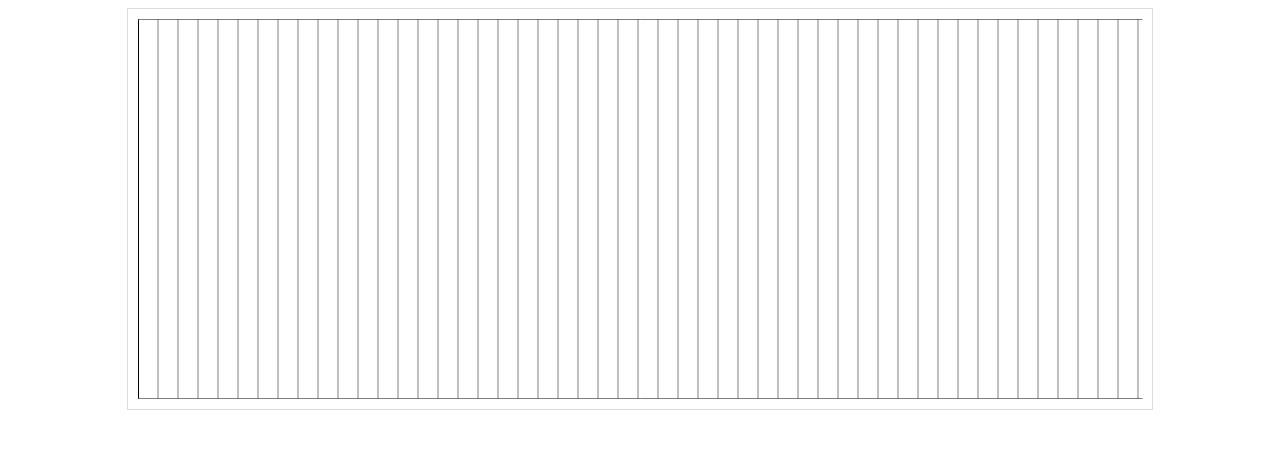
Repository: cw19931024/Demo
Page: canvas.html
The author's editor kept a copy of each file at every save. The page is drawn from the files as they stood at one save, then again after a run of saves.
The browser window is 1280 px wide. The pictures show the whole page.

Above is the page before, as saved 2017-07-26 18:06:52.

After the next 2 saves:
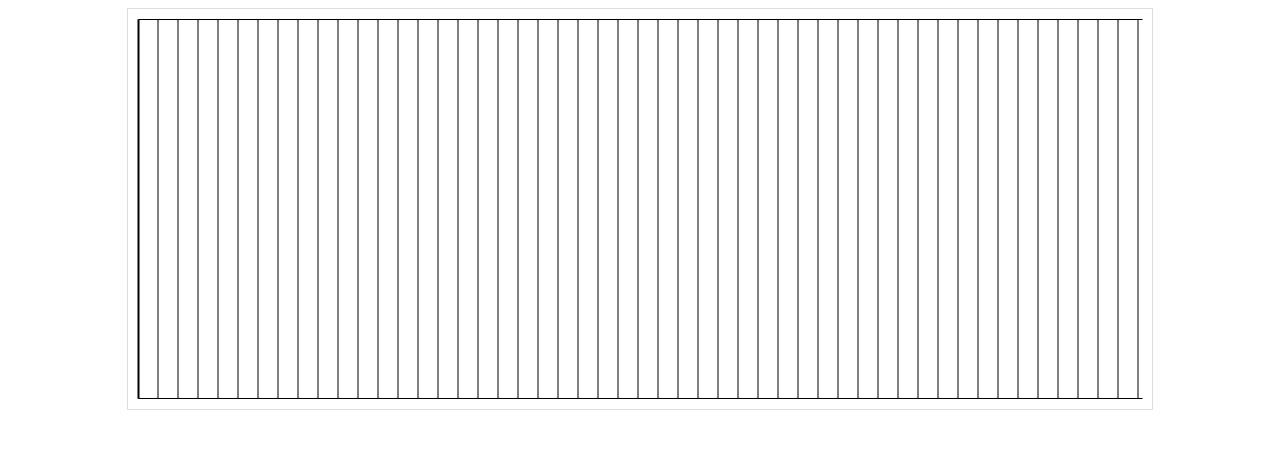
The 2 saves are shown as one change because they came seconds apart.
The last was saved 19 s later.
--- a/canvas.html
+++ b/canvas.html
@@ -33,7 +33,7 @@
 
     //y轴线
     context.beginPath();
-    context.lineWidth =1;
+    context.lineWidth =2;
     context.moveTo(padding + 0.5, height - padding - 10);
     context.lineTo(padding + 0.5, padding + 10);
     context.stroke();
@@ -52,7 +52,7 @@
 
     for (var i = 20; i < width; i+=20) {
         context.beginPath();
-        context.lineWidth = 0.5;
+        context.lineWidth = 1;
         // context.strokeStyle='#ccc';
         context.moveTo(i +10, height - padding - 10);
         context.lineTo(i +10, padding + 10);
